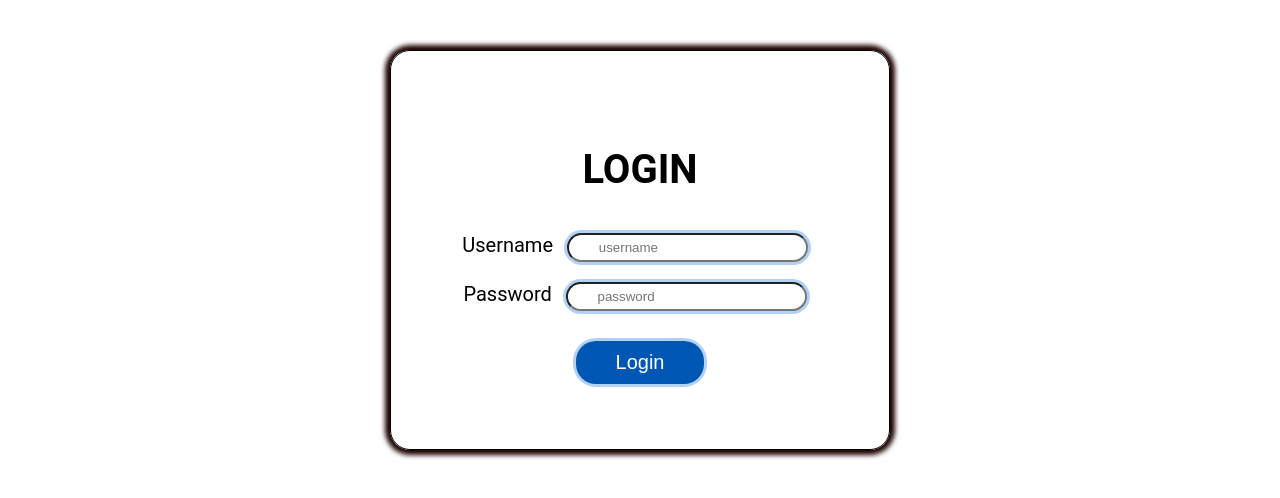
Repository: huyna1707/learning-git
Page: index.html
An editor plug-in stored every save of this project. The page is shown before and after the next save, followed by the edit.
The browser window is 1280 px wide. The pictures show the whole page.
The pointer rests on the first visible `form button`.

Above is the page before, as saved 2024-08-09 23:34:01.

### index.html
<!DOCTYPE html>
<html>
<head>
    <title>Form Login</title>
    <link rel="stylesheet" href="style.css">
    <script defer src="main.js"></script>
</head>
<body>
    <form action="menu">
        <h4>LOGIN</h4>
        <div class="user">
            <label for="username">Username</label>
            <input type="text" placeholder="username" id="username">
        </div>
        <div class="pass">
            <label for="passworld">Password</label>
            <input type="password" placeholder="password" id="password">
        </div>
        <button type="button" onclick="login()">Login</button>
    </form>
</body>
</html>

### style.css
*{
    margin: 0;
    padding: 0;
    box-sizing: border-box;
}

html{
    font-size: 15px;
    font-family: 'Roboto', sans-serif;
    display: flex;
    justify-content: center;
    align-items: center;
}

form{
    width: 500px;
    height: 400px;
    display: flex;
    flex-direction: column;
    justify-content: center;
    align-items: center;
    margin: 50px 0;
    border: 1px solid black;
    border-radius: 20px;
    box-shadow: rgb(30, 0, 0) 0 0 5px 5px;
}

form h4{
    font-size: 40px;
    font-weight: 600;
    margin: 30px;;
}
form label{
    font-size : 20px;
}
form input{
    border-radius: 20px;
    padding: 5px 30px;
    box-shadow: rgba(3, 102, 214, 0.3) 0px 0px 0px 3px;
    margin : 10px;
}

form button{
    border: none;
    border-radius: 20px;
    font-size: 20px;
    padding: 10px 30px;
    background-color: #007bff;
    color: white;
    box-shadow: rgba(3, 102, 214, 0.3) 0px 0px 0px 3px;
    margin-top : 20px;
}

form button:hover{
    background-color: #0056b3;

    padding: 10px 40px;
    transition: 0.3s ease;
}

### main.js
// window.prompt('What is your name?');

After the next save:
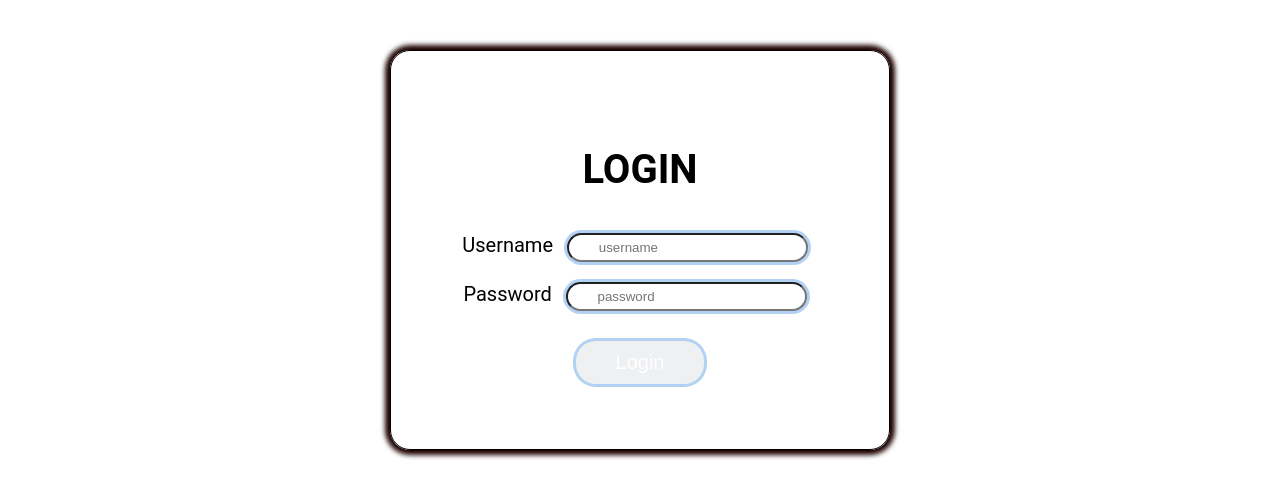
Saved 5 s later.
--- a/style.css
+++ b/style.css
@@ -52,7 +52,7 @@ form button{
 }
 
 form button:hover{
-    background-color: #0056b3;
+    background-color: #eef0f2;
 
     padding: 10px 40px;
     transition: 0.3s ease;
